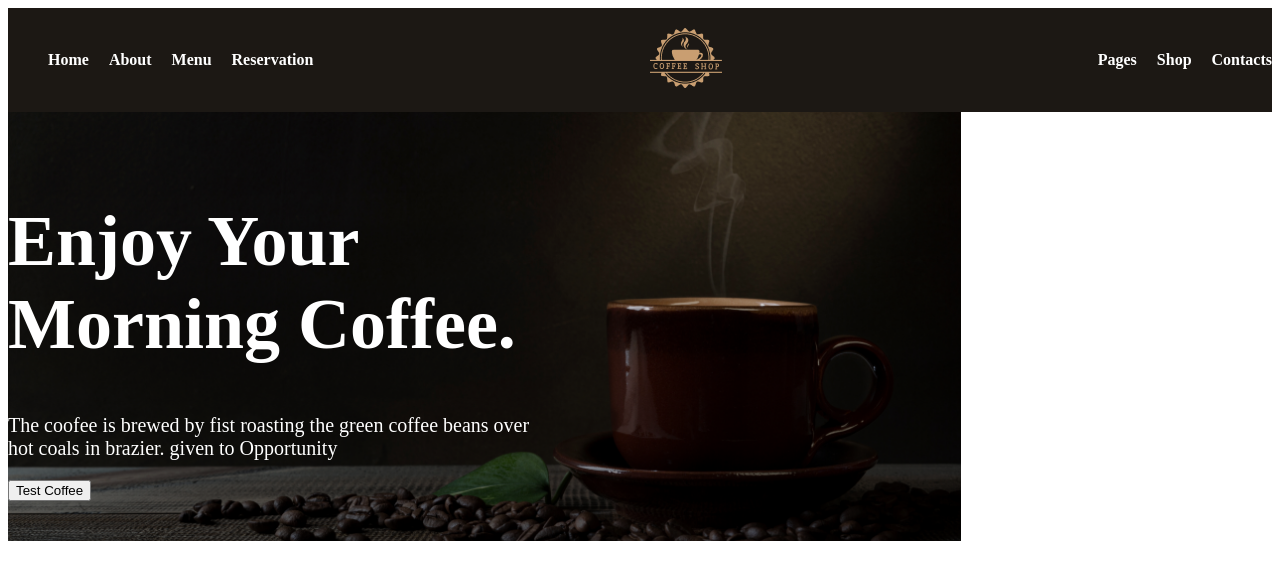
Repository: SitoraRashidova/CoffeShop_Figma
Page: /
The author's editor kept a copy of each file at every save. The page is drawn from the files as they stood at one save, then again after the next save.
The browser window is 1280 px wide. The pictures show the whole page.
The project was rebuilt for these pictures with package versions that can differ from the ones it lists, and the page was loaded fresh each time. Also part of the build but not shown: vite.config.js.

Above is the page before, as saved 2024-11-24 23:00:27.

After the next save:
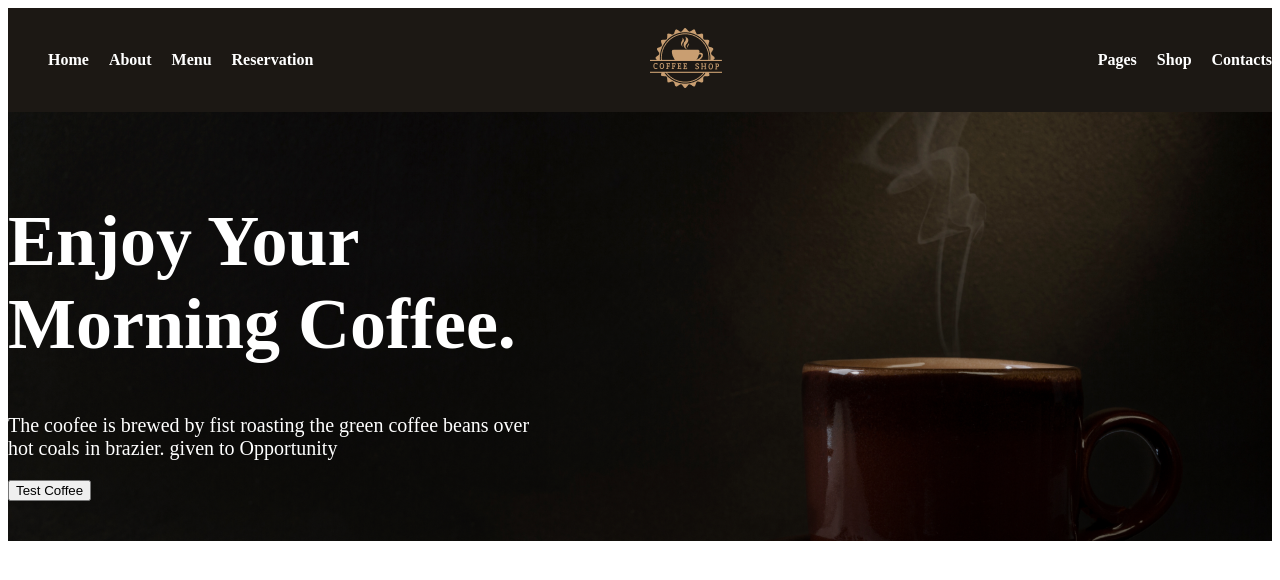
Saved 8 s later.
--- a/src/index.css
+++ b/src/index.css
@@ -59,7 +59,7 @@
   width: 100%;
   height: auto;
   background-image: url('./assets/hero-logo.png');
-  background-size: contain;
+  background-size: cover;
   background-repeat: no-repeat;
 }
 
